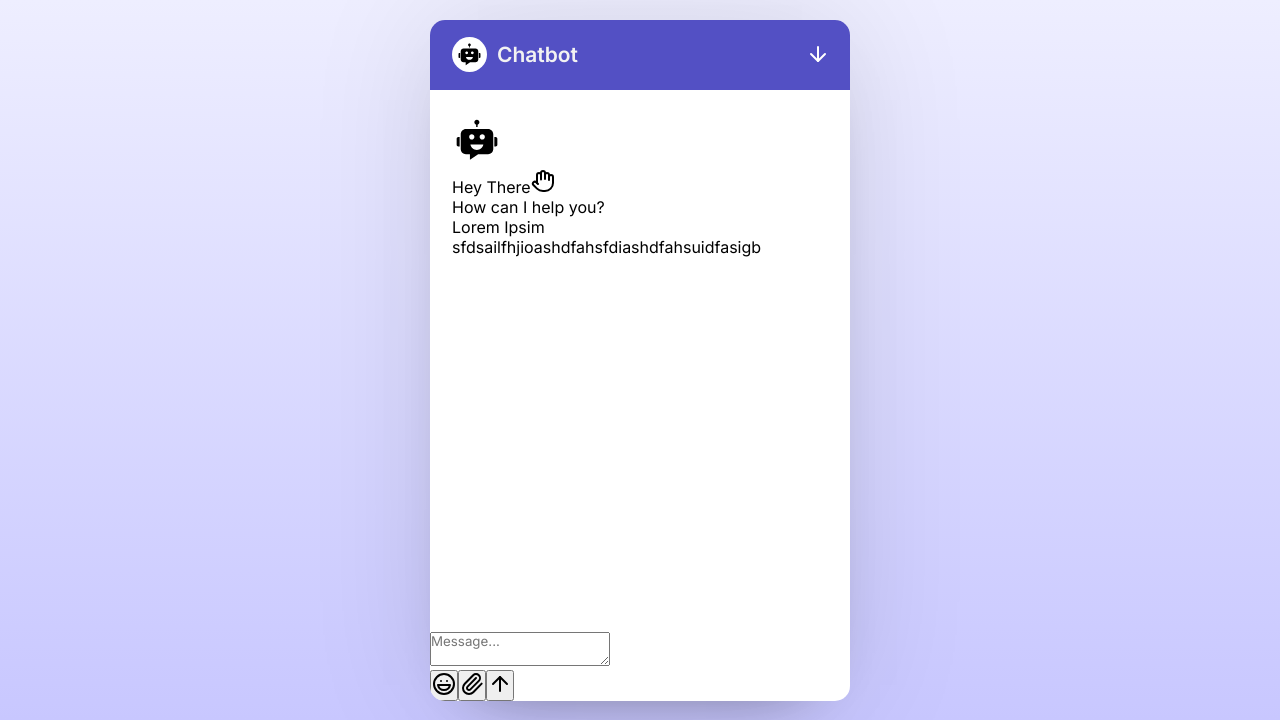
Repository: guilhermecardoso93/ai-bot
Page: /
The author's editor kept a copy of each file at every save. The page is drawn from the files as they stood at one save, then again after the next save.
The browser window is 1280 px wide. The pictures show the whole page.
The project was rebuilt for these pictures with package versions that can differ from the ones it lists, and the page was loaded fresh each time. Also part of the build but not shown: vite.config.js.

Above is the page before, as saved 2024-11-11 20:41:45.

### index.html
<!doctype html>
<html lang="en">

<head>
    <meta charset="UTF-8" />
    <link rel="icon" type="image/svg+xml" href="/vite.svg" />
    <link rel="preconnect" href="https://fonts.googleapis.com">
    <link rel="preconnect" href="https://fonts.gstatic.com" crossorigin>
    <link href="https://fonts.googleapis.com/css2?family=Inter:ital,opsz,wght@0,14..32,100..900;1,14..32,100..900&family=Outfit:wght@100..900&display=swap" rel="stylesheet">
    <meta name="viewport" content="width=device-width, initial-scale=1.0" />
    <title>Ai ChatBot</title>
</head>

<body>
    <div id="root"></div>
    <script type="module" src="/src/main.jsx"></script>
</body>

</html>

### src/index.css
:root {
  font-synthesis: none;
  text-rendering: optimizeLegibility;
  -webkit-font-smoothing: antialiased;
  -moz-osx-font-smoothing: grayscale;
}

* {
  padding: 0;
  margin: 0;
  box-sizing: border-box;
  font-family: "Inter", serif;
  font-optical-sizing: auto;
  font-style: normal;
}

body {
  display: flex;
  align-items: center;
  justify-content: center;
  min-height: 100vh;
  background: linear-gradient(#eeeeff, #c8c7ff);
}

.chatbot-popup {
  width: 420px;
  background: #ffff;
  overflow: hidden;
  border-radius: 15px;
  box-shadow: 0 0 128px rgba(0, 0, 0, 0.1), 0 32px 64px -48px rgba(0, 0, 0, 0.5);
}

.chat-header {
  display: flex;
  align-items: center;
  background-color: #5350c4;
  padding: 15px 22px;
  justify-content: space-between;
}

.chat-header .header-info {
  display: flex;
  align-items: center;
  gap: 10px;
}

.header-info .logo {
  width: 35px;
  width: 35px;
  background: #fff;
  border-radius: 50%;
  flex-shrink: 0;
  padding: 4px;
}

.header-info .logo-text {
  color: #f2f2f2;
  font-weight: 600;
  font-size: 1.31rem;
}

.chat-header #close-chatbot {
  border: none;
  color: #fff;
  height: 40px;
  width: 40px;
  border-radius: 50%;
  font-size: 1.9rem;
  cursor: pointer;
  margin-right: -10px;
  background: none;
  transition: 0.2s ease;
}

.chat-header #close-chatbot:hover {
  background-color: #3d39ac;
}

.chat-body {
  padding: 25px 22px;
  display: flex;
  gap: 20px;
  height: 460px;
  margin-bottom: 82px;
  flex-direction: column;
  overflow-y: auto;
}

### src/App.jsx
import { Main } from "./components/Main";

export function App() {
  return (
    <>
      <Main />
    </>
  );
}

### src/components/Main.jsx
import { Hand, ArrowDown, Laugh, Paperclip, ArrowUp } from "lucide-react";
import Logo from "../assets/logo.svg";

export function Main() {
  return (
    <div className="chatbot-popup">
      {/* Header */}
      <div className="chat-header">
        <div className="header-info">
          <img src={Logo} alt="" className="logo"/>
          <h2 className="logo-text">Chatbot</h2>
        </div>
        <button className="material-symbols-rounded" id='close-chatbot'>
          <ArrowDown />
        </button>
      </div>

      {/* Body */}
      <div className="chat-body">
        <div className="message bot-message">
          <div className="message-text">
            <img src={Logo} alt="" />
            <p className="message-text">
              Hey There
              <Hand />
            </p>
            <p>How can I help you?</p>
          </div>
          <div className="message-user">
            <p className="message-text">
              Lorem Ipsim sfdsailfhjioashdfahsfdiashdfahsuidfasigb
            </p>
          </div>
        </div>
      </div>

      {/* Footer */}
      <div className="chat-footer">
        <form action="" className="chat-form">
          <textarea
            placeholder="Message..."
            className="message-input"
          ></textarea>
          <div className="chat-controls">
            <button type="button" className="material-symbols-rounded">
              <Laugh />
            </button>
            <button type="button" className="material-symbols-rounded">
              <Paperclip />
            </button>
            <button type="button" className="material-symbols-rounded">
              <ArrowUp />
            </button>
          </div>
        </form>
      </div>
    </div>
  );
}

Loaded but not shown: src/main.jsx (common file)

After the next save:
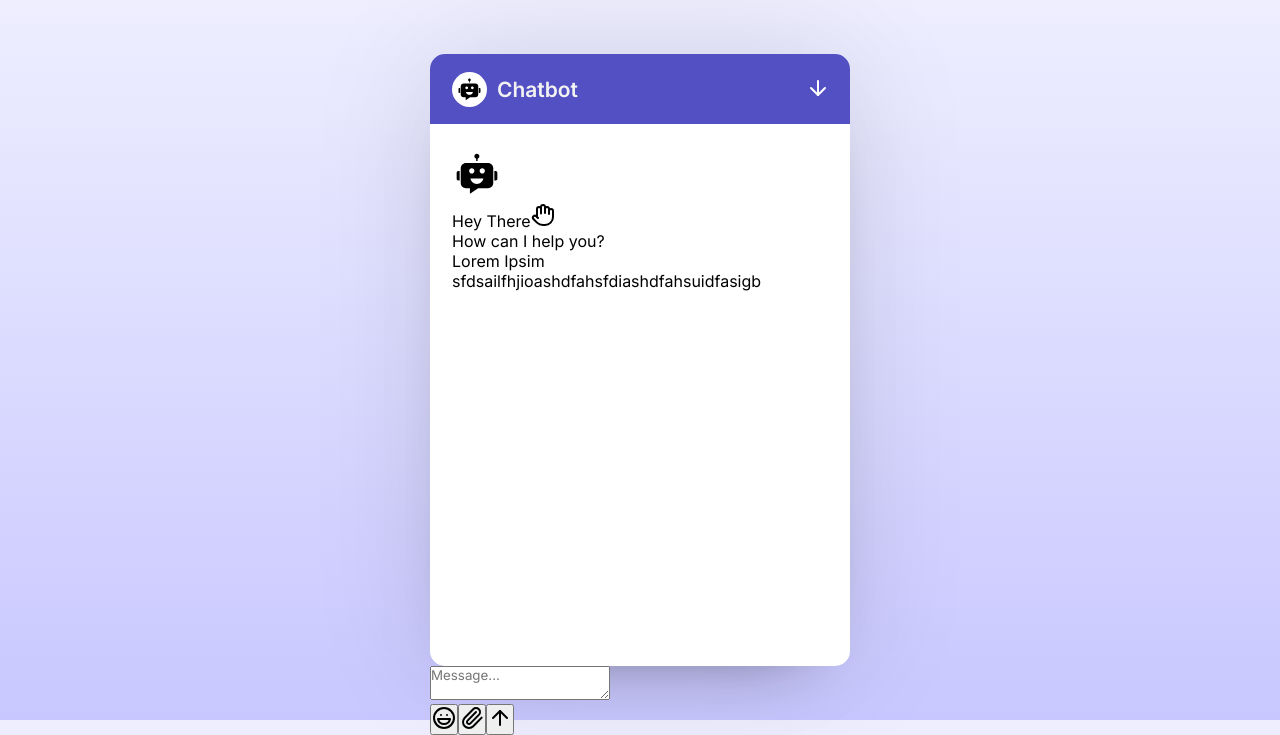
Saved 3 min 14 s later.
--- a/src/index.css
+++ b/src/index.css
@@ -85,3 +85,7 @@ body {
   flex-direction: column;
   overflow-y: auto;
 }
+
+.chat-footer {
+  position: absolute;
+}
